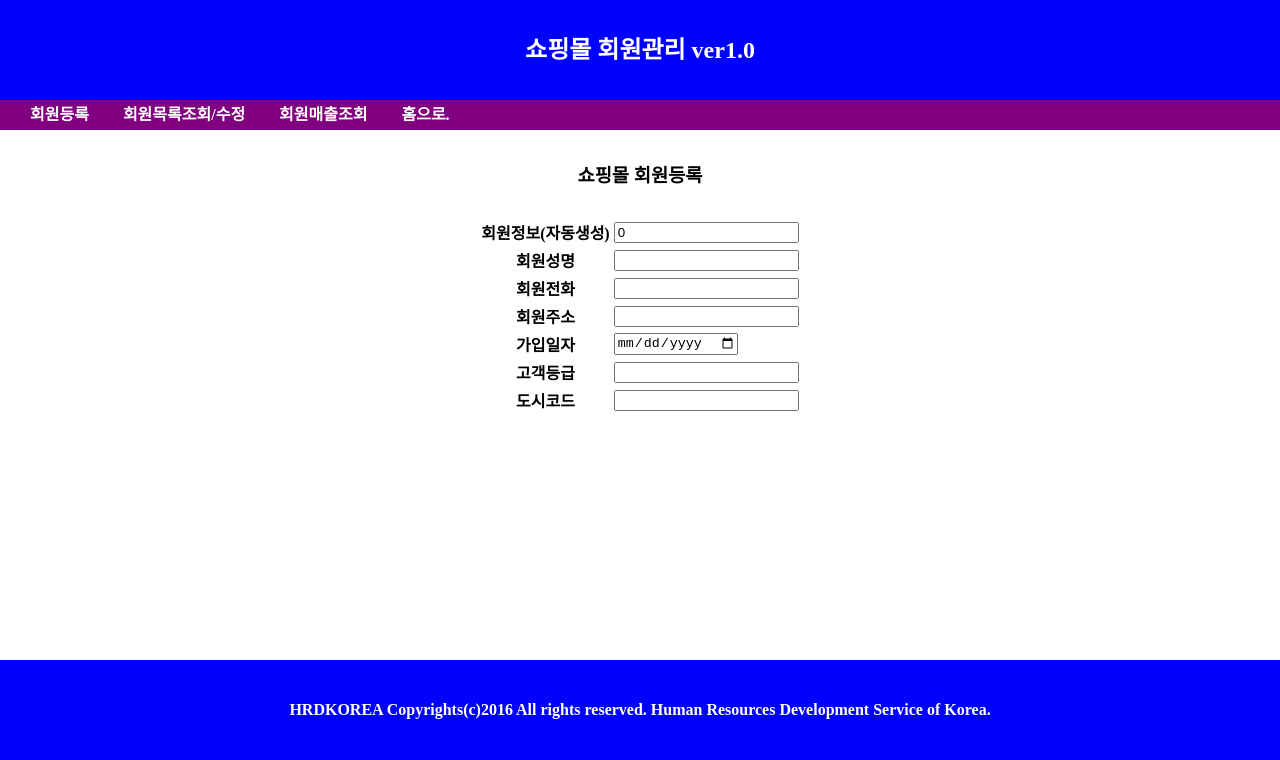
Repository: brightjy/Today-what-I-practiced
Page: http://localhost/HRD_0514/view/registerMemberView.jsp
These files come from the project's save history. The page is drawn as it stood at one moment and after the next save; the edit follows.
The browser window is 1280 px wide. The pictures show the whole page.
The page is served by Tomcat 9. Other server files are loaded and not shown. Queries for data that is not in the repository find no rows.

Above is the page before, as saved 2020-05-14 12:27:15.

### hrdkorea_0514/HRD_0514/WebContent/view/registerMemberView.jsp
<%@page import="com.hrd.dao.MemberDao"%>
<%@ page language="java" contentType="text/html; charset=UTF-8"
    pageEncoding="UTF-8"%>
<% String conPath = request.getContextPath(); %>
<!DOCTYPE html>
<html>
<head>
<meta charset="UTF-8">
<title>Insert title here</title>
</head>
<body>
<jsp:include page="header.jsp"></jsp:include>
<section>
<div>
	<h3>쇼핑몰 회원등록</h3>
	<div>
		<form action="<%=conPath %>/view/registerMemberPro.jsp" method="get" name="info">
			<table>
				<tr>
					<th>
						회원정보(자동생성)
					</th>
					<td>
						<% MemberDao mDao = MemberDao.getInstance();
						   int custno = mDao.custno();
						%>
						<input type="text" name="custno" value="<%=custno %>">
					</td>
				</tr>
				<tr>
					<th>
						회원성명
					</th>
					<td>
						<input type="text" name="custname">
					</td>
				</tr>
				<tr>
					<th>
						회원전화
					</th>
					<td>
						<input type="text" name="phone">
					</td>
				</tr>
				<tr>
					<th>
						회원주소
					</th>
					<td>
						<input type="text" name="address">
					</td>
				</tr>
				<tr>
					<th>
						가입일자
					</th>
					<td>
						<input type="date" name="joindate">
					</td>
				</tr>
				<tr>
					<th>
						고객등급
					</th>
					<td>
						<input type="text" name="grade">
					</td>
				</tr>
				<tr>
					<th>
						도시코드
					</th>
					<td>
						<input type="text" name="city">
					</td>
				</tr>
			</table>
		</form>
	</div>
</div>
</section>
<jsp:include page="footer.jsp"></jsp:include>
</body>
</html>

### hrdkorea_0514/HRD_0514/WebContent/view/header.jsp
<%@ page language="java" contentType="text/html; charset=UTF-8"
    pageEncoding="UTF-8"%>
<% String conPath = request.getContextPath(); %>
<!DOCTYPE html>
<html>
<head>
<meta charset="UTF-8">
<title>Insert title here</title>
<style>
*{margin:0 auto;}
h2, h3, h4{text-align:center;}
a{text-decoration: none; padding-right:30px; color:white; font-weight:bold;}
header,footer{height:100px; background-color:blue; line-height:100px; color:white;}
nav{background-color:purple; height:30px; line-height:30px; padding-left:30px;}
section{height:500px;}
div{margin:30px;}
</style>
</head>
<body>
<header>
<h2>쇼핑몰 회원관리 ver1.0</h2>
</header>
<nav>
	<a href="<%=conPath %>/view/registerMemberView.jsp">회원등록</a>
	<a href="<%=conPath %>/view/memberList.jsp">회원목록조회/수정</a>
	<a href="<%=conPath %>/view/moneyList.jsp">회원매출조회</a>
	<a href="<%=conPath %>/view/main.jsp">홈으로.</a>
</nav>

</body>
</html>

### hrdkorea_0514/HRD_0514/WebContent/view/footer.jsp
<%@ page language="java" contentType="text/html; charset=UTF-8"
    pageEncoding="UTF-8"%>
<!DOCTYPE html>
<html>
<head>
<meta charset="UTF-8">
<title>Insert title here</title>
</head>
<body>
<footer>
<h4>HRDKOREA Copyrights(c)2016 All rights reserved. Human Resources Development Service of Korea.</h4>
</footer>
</body>
</html>

### hrdkorea_0514/HRD_0514/src/com/hrd/dao/MemberDao.java
package com.hrd.dao;

import java.sql.Connection;
import java.sql.Date;
import java.sql.DriverManager;
import java.sql.PreparedStatement;
import java.sql.ResultSet;
import java.sql.SQLException;
import java.util.ArrayList;

import com.hrd.dto.MemberDto;
import com.hrd.dto.MoneyDto;

public class MemberDao {

	//데이터연결
	public static Connection getConnection() throws Exception {
		Class.forName("oracle.jdbc.OracleDriver");
		Connection con = DriverManager.getConnection
				("jdbc:oracle:thin:@//localhost:1521/xe","hrd0514","0514");
		return con;
	}
	//싱글톤
	private static MemberDao instance = new MemberDao();
	public static MemberDao getInstance() {
		return instance;
	}
	private MemberDao() {}

	//회원번호 자동생성될것 불러오기
	public int custno() {
		int custno = 0;

		Connection conn = null;
		PreparedStatement pstmt = null;
		ResultSet rs = null;
		String sql = "SELECT MAX(CUSTNO)+1 CUSTNO FROM MEMBER_TBL_02";

		try {
			conn = getConnection();
			pstmt = conn.prepareStatement(sql);
			rs = pstmt.executeQuery();
			if(rs.next()) {
				custno = rs.getInt("custno");
			}
		} catch (Exception e) {
			System.out.println(e.getMessage());
		} finally {
			try {
				if(rs!=null) rs.close();
				if(pstmt!=null) pstmt.close();
				if(conn!=null) conn.close();
			}catch(Exception e) {
				System.out.println(e.getMessage());
			}
		}
		return custno;
	}
	//회원등록
	public int registerMember(String custname, String phone, String address, Date joindate, String grade, String city) {
		int result = 0;

		Connection conn = null;
		PreparedStatement pstmt = null;
		String sql = "INSERT INTO MEMBER_TBL_02" +
				"    VALUES(CUSTNO_SQ.NEXTVAL, ?, ?, ?, ?, ?, ?)";
		try {
			conn = getConnection();
			pstmt = conn.prepareStatement(sql);
			pstmt.setString(1, custname);
			pstmt.setString(2, phone);
			pstmt.setString(3, address);
			pstmt.setDate(4, joindate);
			pstmt.setString(5, grade);
			pstmt.setString(6, city);
			result = pstmt.executeUpdate();
			System.out.println(result==1?"등록성공":"등록실패");
		} catch (Exception e) {
			System.out.println(e.getMessage());
		} finally {
			try {
				if(pstmt!=null) pstmt.close();
				if(conn!=null) conn.close();
			}catch(Exception e) {
				System.out.println(e.getMessage());
			}
		}
		return result;
	}
	//회원목록 조회
	public ArrayList<MemberDto> memberList(){
		ArrayList<MemberDto> dtos = new ArrayList<MemberDto>();

		Connection conn = null;
		PreparedStatement pstmt = null;
		ResultSet rs = null;
		String sql = "SELECT*FROM MEMBER_TBL_02";

		try {
			conn = getConnection();
			pstmt = conn.prepareStatement(sql);
			rs = pstmt.executeQuery();
			while(rs.next()) {
				int custno = rs.getInt("custno");
				String custname = rs.getString("custname");
				String phone = rs.getString("phone");
				String address = rs.getString("address");
				Date joindate = rs.getDate("joindate");
				String grade = rs.getString("grade");
				String city = rs.getString("city");
				dtos.add(new MemberDto(custno, custname, phone, address, joindate, grade, city));
			}
		} catch (Exception e) {
			System.out.println(e.getMessage());
		} finally {
			try {
				if(rs!=null) rs.close();
				if(pstmt!=null) pstmt.close();
				if(conn!=null) conn.close();
			}catch(Exception e) {
				System.out.println(e.getMessage());
			}
		}
		return dtos;
	}
	//회원매출조회(회원번호, 회원성명, 고객등급, 매출)
	public ArrayList<MoneyDto> getMember(){
		ArrayList<MoneyDto> dtos = new ArrayList<MoneyDto>();

		Connection conn = null;
		PreparedStatement pstmt = null;
		ResultSet rs = null;
		String sql = "SELECT ME.CUSTNO CUSTNO, CUSTNAME, GRADE, SUM(PRICE) MONEY" +
				"    FROM MEMBER_TBL_02 ME, MONEY_TBL_02 MO" +
				"    WHERE ME.CUSTNO=MO.CUSTNO" +
				"    GROUP BY ME.CUSTNO, CUSTNAME, GRADE" +
				"    HAVING SUM(PRICE)>0" +
				"    ORDER BY MONEY DESC";

		try {
			conn = getConnection();
			pstmt = conn.prepareStatement(sql);
			rs = pstmt.executeQuery();
			while(rs.next()) {
				int custno = rs.getInt("custno");
				String custname = rs.getString("custname");
				String grade = rs.getString("grade");
				int money = rs.getInt("money");
				dtos.add(new MoneyDto(custno, custname, grade, money));
			}
		} catch (Exception e) {
			System.out.println(e.getMessage());
		} finally {
			try {
				if(rs!=null) rs.close();
				if(pstmt!=null) pstmt.close();
				if(conn!=null) conn.close();
			}catch(Exception e) {
				System.out.println(e.getMessage());
			}
		}
		return dtos;
	}
	//회원번호로 회원정보 불러오기
	public MemberDto getMember(int custno) {
		MemberDto dto = new MemberDto();

		Connection conn = null;
		PreparedStatement pstmt = null;
		ResultSet rs = null;
		String sql = "SELECT*FROM MEMBER_TBL_02 WHERE CUSTNO=?";

		try {
			conn = getConnection();
			pstmt = conn.prepareStatement(sql);
			pstmt.setInt(1, custno);
			rs = pstmt.executeQuery();
			if(rs.next()) {
				custno = rs.getInt("custno");
				String custname = rs.getString("custname");
				String phone = rs.getString("phone");
				String address = rs.getString("address");
				Date joindate = rs.getDate("joindate");
				String grade = rs.getString("grade");
				String city = rs.getString("city");
				dto = new MemberDto(custno, custname, phone, address, joindate, grade, city);
			}
		} catch (Exception e) {
			System.out.println(e.getMessage());
		} finally {
			try {
				if(rs!=null) rs.close();
				if(pstmt!=null) pstmt.close();
				if(conn!=null) conn.close();
			}catch(Exception e) {
				System.out.println(e.getMessage());
			}
		}
		return dto;
	}
	//회원정보 수정
	public int updateMember(String custname, String phone, String address, Date joindate, String grade, String city) {
		int result = 0;

		Connection conn = null;
		PreparedStatement pstmt = null;
		String sql = "UPDATE MEMBER_TBL_02 SET" +
				"    CUSTNAME=?," +
				"    PHONE=?," +
				"    ADDRESS=?," +
				"    JOINDATE=?," +
				"    GRADE=?," +
				"    CITY=? WHERE CUSTNO=?";
		try {
			conn = getConnection();
			pstmt = conn.prepareStatement(sql);
			pstmt.setString(1, custname);
			pstmt.setString(2, phone);
			pstmt.setString(3, address);
			pstmt.setDate(4, joindate);
			pstmt.setString(5, grade);
			pstmt.setString(6, city);
			result = pstmt.executeUpdate();
			System.out.println(result==1?"수정성공":"수정실패");
		} catch (Exception e) {
			System.out.println(e.getMessage());
		} finally {
			try {
				if(pstmt!=null) pstmt.close();
				if(conn!=null) conn.close();
			}catch(Exception e) {
				System.out.println(e.getMessage());
			}
		}
		return result;
	}

}

After the next save:
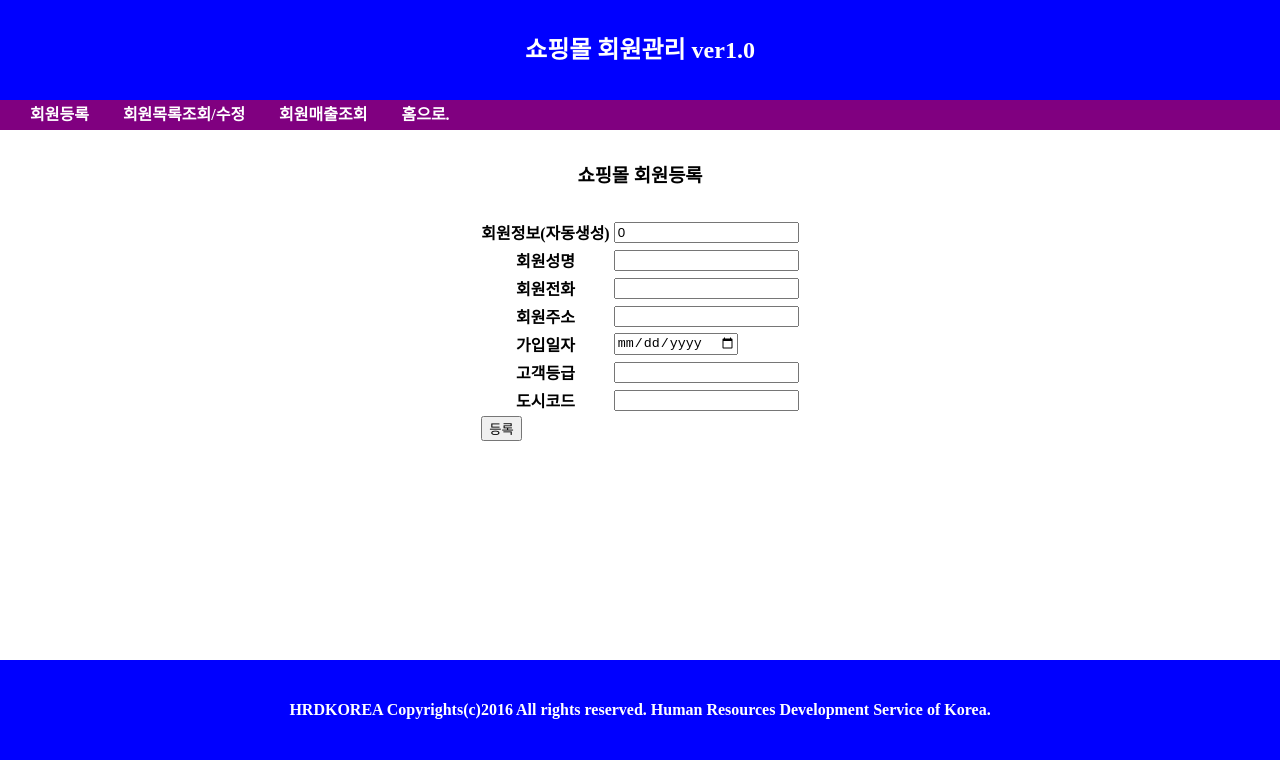
Saved 64 s later.
--- a/hrdkorea_0514/HRD_0514/WebContent/view/registerMemberView.jsp
+++ b/hrdkorea_0514/HRD_0514/WebContent/view/registerMemberView.jsp
@@ -75,6 +75,11 @@
 						<input type="text" name="city">
 					</td>
 				</tr>
+				<tr>
+					<td colspan="2">
+						<input type="button" value="등록" onclick="infoConfirm()">
+					</td>
+				</tr>
 			</table>
 		</form>
 	</div>
